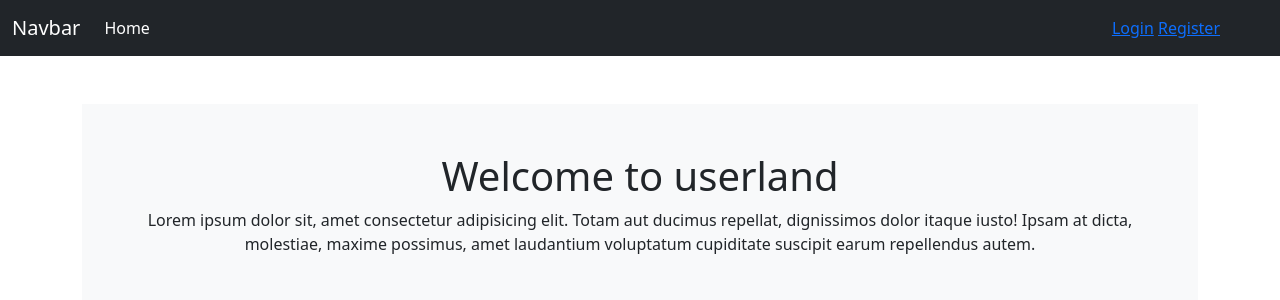
Repository: BrittleHeart/symfony-users--crud
Page: templates/home/home.html.twig
The author's editor kept a copy of each file at every save. The page is drawn from the files as they stood at one save, then again after the next save.
The browser window is 1280 px wide. The pictures show the whole page.
The page is a Twig template of a Symfony application; nobody is signed in and links lead nowhere. The template is opened directly, without the code that normally fills it, so the values that code supplies are empty.

Above is the page before, as saved 2021-02-20 15:47:47.

### templates/home/home.html.twig
{% extends 'base.html.twig' %}

{% block body %}

<header class="p-5 bg-light text-center">
    <h1 class="jumbotron-header">Welcome to userland</h1>
    <p class="jumbotron-description">Lorem ipsum dolor sit, amet consectetur adipisicing elit. Totam aut ducimus repellat, dignissimos dolor itaque iusto! Ipsam at dicta, molestiae, maxime possimus, amet laudantium voluptatum cupiditate suscipit earum repellendus autem.</p>
</header>

{% endblock %}

### templates/base.html.twig
<!DOCTYPE html>
<html>
	<head>
		<meta charset="UTF-8">
		<title>
			{% block title %}Users Crud - Overblitz
			{% endblock %}
		</title>
		{# Run `composer require symfony/webpack-encore-bundle`
		           and uncomment the following Encore helpers to start using Symfony UX #}
		{% block stylesheets %}
			<link href="https://cdn.jsdelivr.net/npm/bootstrap@5.0.0-beta2/dist/css/bootstrap.min.css" rel="stylesheet" integrity="sha384-BmbxuPwQa2lc/FVzBcNJ7UAyJxM6wuqIj61tLrc4wSX0szH/Ev+nYRRuWlolflfl" crossorigin="anonymous">
		{% endblock %}

		{% block javascripts %}
			{#{{ encore_entry_script_tags('app') }}#}
		{% endblock %}
	</head>
	<body>
		<nav class="navbar navbar-expand-lg navbar-dark bg-dark">
			<div class="container-fluid">
				<a class="navbar-brand" href="#">Navbar</a>
				<button class="navbar-toggler" type="button" data-bs-toggle="collapse" data-bs-target="#navbarSupportedContent" aria-controls="navbarSupportedContent" aria-expanded="false" aria-label="Toggle navigation">
					<span class="navbar-toggler-icon"></span>
				</button>
				<div class="collapse navbar-collapse" id="navbarSupportedContent">
					<ul class="navbar-nav me-auto mb-2 mb-lg-0">
						<li class="nav-item">
							<a class="nav-link active" aria-current="page" href="/">Home</a>
						</li>
					</ul>
					<div class="d-flex justify-content-between mx-5">
                        <a href="" class="mr-3">Login</a> &nbsp;
                        <a href="">Register</a>
                    </div>
				</div>
			</div>
		</nav>
		<div class="container my-5">
            {% block body %}{% endblock %}
		</div>
		</body>
	</html>

### templates/home.html.twig
<!DOCTYPE html>
<html>
	<head>
		<meta charset="UTF-8">
		<title>
			{% block title %}Users Crud - Overblitz
			{% endblock %}
		</title>
		{# Run `composer require symfony/webpack-encore-bundle`
		           and uncomment the following Encore helpers to start using Symfony UX #}
		{% block stylesheets %}
			<link href="https://cdn.jsdelivr.net/npm/bootstrap@5.0.0-beta2/dist/css/bootstrap.min.css" rel="stylesheet" integrity="sha384-BmbxuPwQa2lc/FVzBcNJ7UAyJxM6wuqIj61tLrc4wSX0szH/Ev+nYRRuWlolflfl" crossorigin="anonymous">
		{% endblock %}

		{% block javascripts %}
			{#{{ encore_entry_script_tags('app') }}#}
		{% endblock %}
	</head>
	<body>
		<nav class="navbar navbar-expand-lg navbar-dark bg-dark">
			<div class="container-fluid">
				<a class="navbar-brand" href="#">Navbar</a>
				<button class="navbar-toggler" type="button" data-bs-toggle="collapse" data-bs-target="#navbarSupportedContent" aria-controls="navbarSupportedContent" aria-expanded="false" aria-label="Toggle navigation">
					<span class="navbar-toggler-icon"></span>
				</button>
				<div class="collapse navbar-collapse" id="navbarSupportedContent">
					<ul class="navbar-nav me-auto mb-2 mb-lg-0">
						<li class="nav-item">
							<a class="nav-link active" aria-current="page" href="/">Home</a>
						</li>
					</ul>
					<div class="d-flex justify-content-between mx-5">
                        <a href="" class="mr-3">Login</a> &nbsp;
                        <a href="">Register</a>
                    </div>
				</div>
			</div>
		</nav>
		<div class="wrapper">
            {% block body %}{% endblock %}
		</div>
		</body>
	</html>

After the next save:
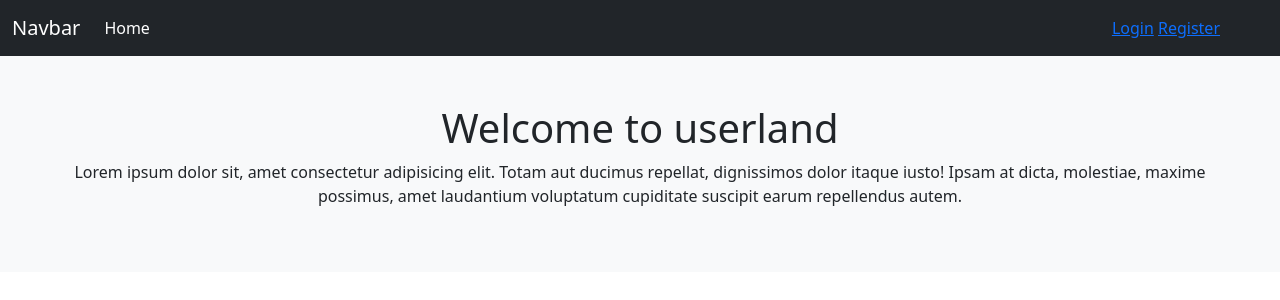
Saved 6 s later.
--- a/templates/home/home.html.twig
+++ b/templates/home/home.html.twig
@@ -1,4 +1,4 @@
-{% extends 'base.html.twig' %}
+{% extends 'home.html.twig' %}
 
 {% block body %}
 
